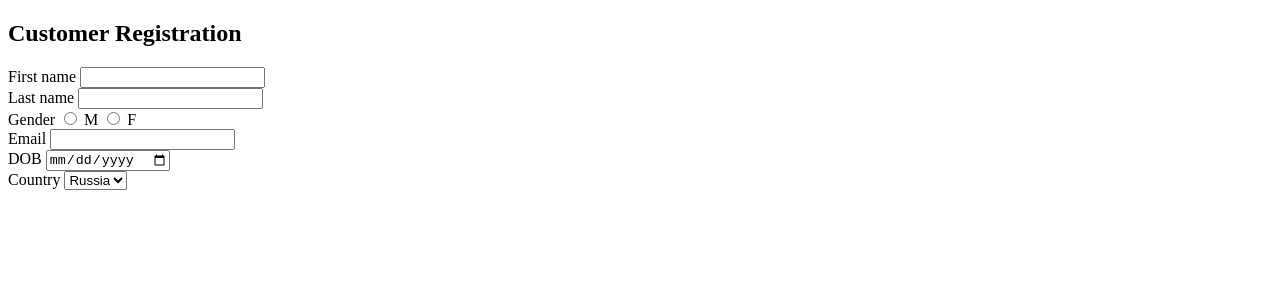
Repository: jbn-aman/wiprobatch1
Page: project/work/html/mywebapp/public/pages/registration.html
These files come from the project's save history. The page is drawn as it stood at one moment and after the next save; the edit follows.
The browser window is 1280 px wide. The pictures show the whole page.

Above is the page before, as saved 2024-03-31 10:48:42.

After the next save:
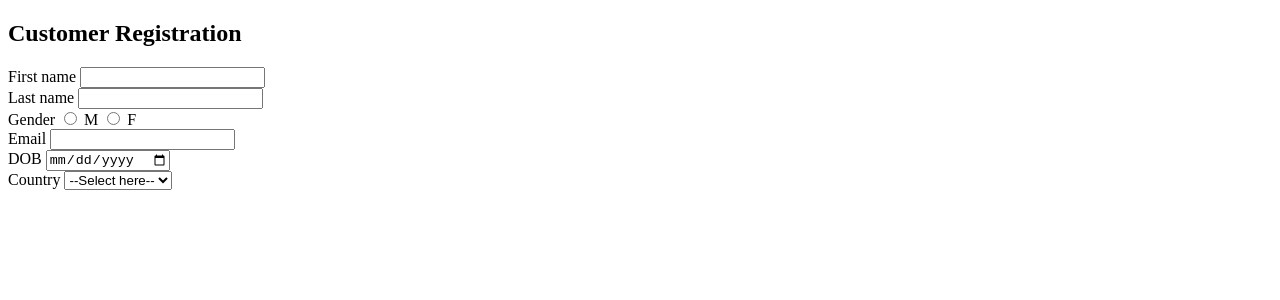
Saved 99 s later.
--- a/project/work/html/mywebapp/public/pages/registration.html
+++ b/project/work/html/mywebapp/public/pages/registration.html
@@ -45,12 +45,11 @@
 	<label>Country</label>
 	<select>
 
-	<option value ="Russia">Russia<option/>
-	<option />
-	<option />
-	<option />
-	<option />
-
+	<option value ="##">--Select here--<option/>
+    <option value ="India">INDIA<option/>
+	<option value ="Us">US<option/>
+	<option value ="Russia">RUSSIA<option/>
+	<option value ="Poland">POLAND<option/>
 	</select>
 
 	</div>
